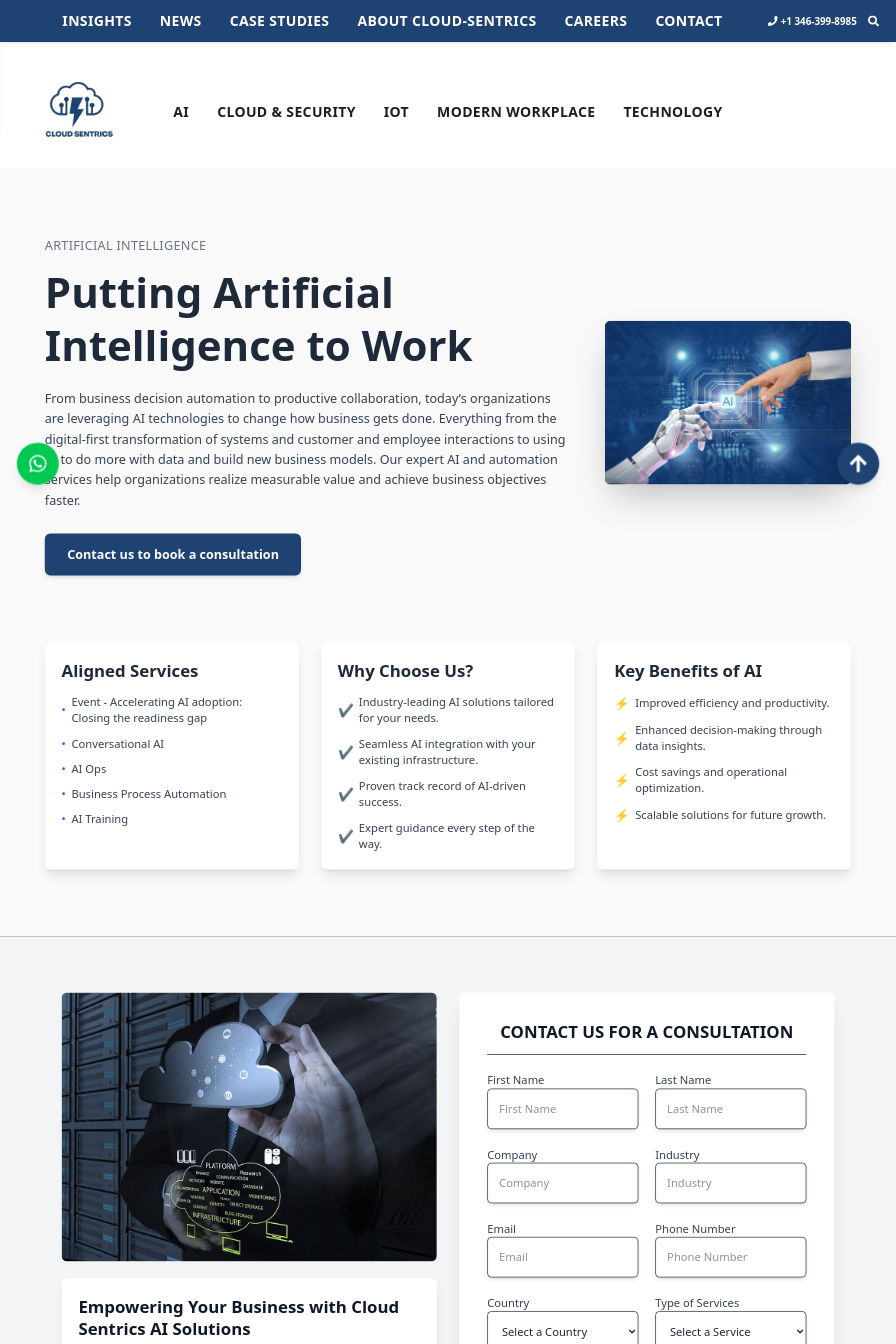
Repository: chykesure/cloudsentrics_
Page: /ai
The author's editor kept a copy of each file at every save. The page is drawn from the files as they stood at one save, then again after the next save.
The browser window is 1280 px wide. The pictures show the part of the page from y = 0 to 1920 px (the page is 3675 px tall), at 70% of full size.
The page's requests for data from a server got no answer. The project was rebuilt for these pictures with package versions that can differ from the ones it lists, and the page was loaded fresh each time. No one was signed in, and anything a server would have sent is missing. Also part of the build but not shown: vite.config.js, src/pages/Header.jsx, src/pages/Footer.jsx, src/pages/students/Reviews.jsx, src/pages/students/Testimony.jsx, src/pages/students/TestimonyLanding.jsx, src/pages/LandingPage.jsx, src/pages/students/Header.jsx and 41 more.

Above is the page before, as saved 2025-04-09 13:00:43.

After the next save:
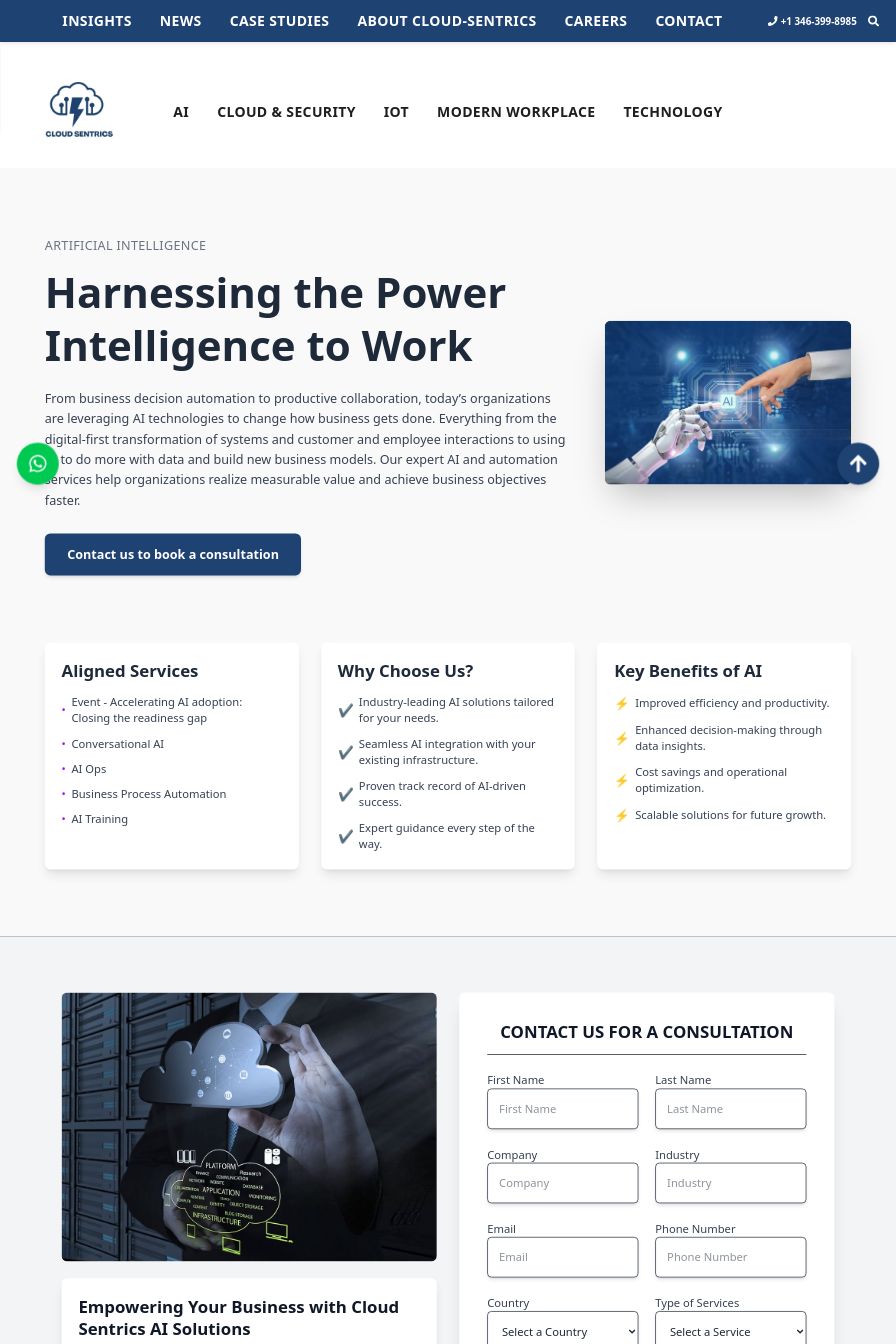
Saved 7 h 7 min later.
--- a/src/pages/partners/menu/ai.jsx
+++ b/src/pages/partners/menu/ai.jsx
@@ -67,7 +67,7 @@
                     <div className="text-center lg:text-left">
                         <h3 className="text-lg font-medium text-gray-500 uppercase tracking-wide">Artificial Intelligence</h3>
                         <h1 className="text-4xl md:text-5xl lg:text-6xl font-bold leading-tight mt-4 text-gray-800">
-                            Putting Artificial <br /> Intelligence to Work
+                        Harnessing the Power <br /> Intelligence to Work
                         </h1>
                     </div>
 
